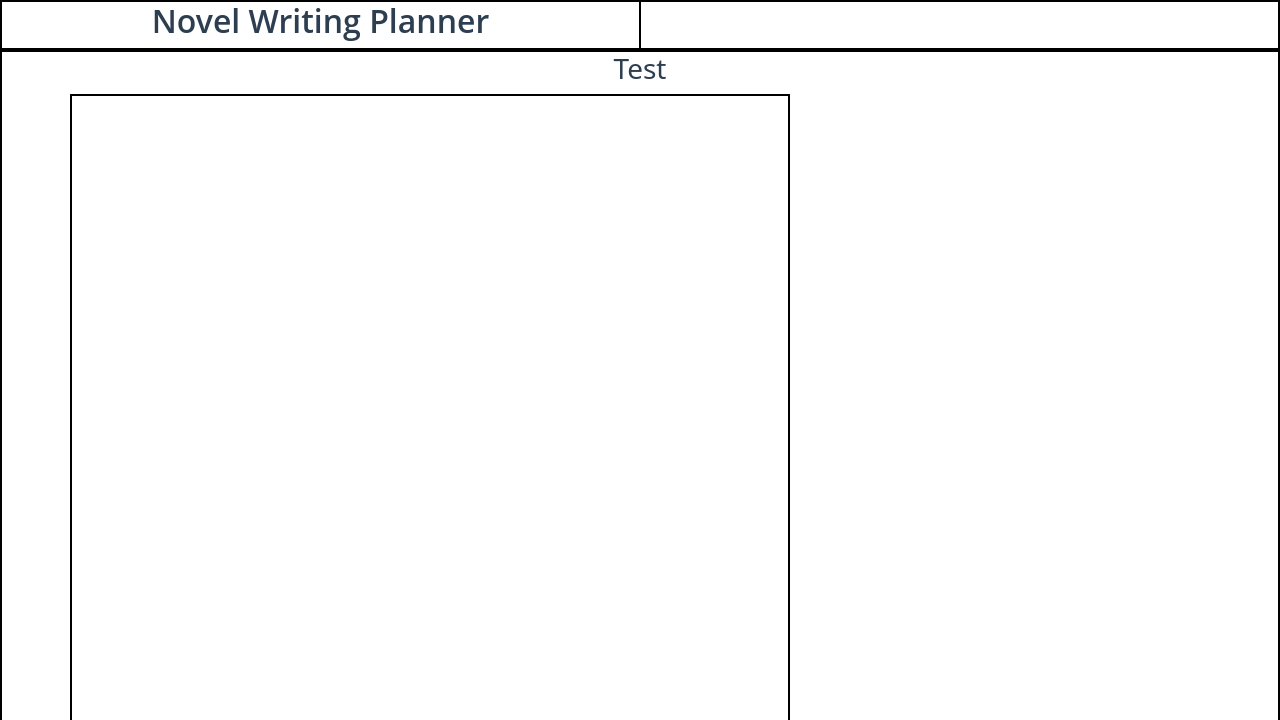
Repository: GossipCoco/RallyeBookV2
Page: /
The author's editor kept a copy of each file at every save. The page is drawn from the files as they stood at one save, then again after the next save.
The browser window is 1280 px wide. The pictures show the whole page.
The page's requests for data from a server got no answer. The project was rebuilt for these pictures with package versions that can differ from the ones it lists, and the page was loaded fresh each time. No one was signed in, and anything a server would have sent is missing. Also part of the build but not shown: vue.config.js, src/api/JwTApi.js, server.js, src/components/PageComponent/Login.vue.

Above is the page before, as saved 2023-12-11 15:37:40.

### src/main.js
import { createApp } from 'vue'
import App from './App.vue'
import Router from './Router/Index'
import axios from 'axios'
import VueAxios from 'vue-axios'
import Vuex from 'vuex'
import store from "./store"
// import io from 'socket.io-client'
import { library } from '@fortawesome/fontawesome-svg-core'
import { faCat, faEnvelope, faGamepad, faHome, faHouseUser, faUser, faUserAlt, faUserCog, faUsers } from '@fortawesome/free-solid-svg-icons'
import { FontAwesomeIcon } from '@fortawesome/fontawesome-free'

import 'bootstrap/dist/css/bootstrap.css'
import './assets/css/Layout.css'
import './assets/css/Card.css'


library.add(faUser, faHouseUser, faGamepad, faUser, faHome, faEnvelope, faUserCog, faCat, faUserAlt, faUsers, faCat)
const app = createApp(App)

app.use(FontAwesomeIcon)
app.use(Vuex)
app.use(store)
app.use(Router)
app.use(VueAxios, axios)
app.mount('#app')

### src/App.vue
<template>
  <div class="container-fluid">
    <div class="row">
      <div class="col-6">
        <h1>Novel Writing Planner</h1>
      </div>
      <div class="col-6"></div>
    </div>
    <div class="row">
      <div class="col-12">
      <router-view></router-view>
      </div>
    </div>
  </div>
</template>

<script>
export default {
  name: "App",
};
</script>

<style>
#app {
  -webkit-font-smoothing: antialiased;
  -moz-osx-font-smoothing: grayscale;
  text-align: center;
  color: #2c3e50;
}
</style>

### src/Router/Index.js
import { createWebHistory, createRouter } from "vue-router";
import Home from '../components/PageComponent/Home.vue'
import Login from '../components/PageComponent/Login.vue'

const routes = [
  {
    path: "/",
    name: "home",
    component: Home,
  },
  {
    path: "/home",
    component: Home,
  },
  {
    path: "/login",
    component: Login,
  },
]

const router = createRouter({
    history: createWebHistory(),
    routes,
  });

  export default router;

### src/store/index.js
import { createStore } from "vuex";
import { auth } from "./auth.module";
export default createStore({
  modules: {
    auth,
  },
  state: {},
  mutations: {},
  actions: {},
});

### src/assets/css/Layout.css
@import './variables.scss';

html,
body {
    height: 100vh;
    overflow-y: hidden;
    overflow-x: hidden;
    scroll-behavior: smooth;
    background-size: cover;
    background-position: 10%;
}
.logo{
    width: 25vh;
}
.login-page{
    overflow: auto;
    height: 55vh;
}
#profile-img{
    width: 20px;
}
h1{
    font-family: var(--opensans-text);
    font-weight: 600;
    font-size: 2rem;
}
.row, .col,
.col-1, .col-2, .col-3, .col-4, .col-5, .col-6, .col-7, .col-8, .col-9, .col-10, .col-11, .col-12{
    border: 1px solid rgba(var(--main-black), 1);
}
main{
    height: 100vh;
    width: 100vh;
}

### src/components/PageComponent/Home.vue
<template>
  <div class="container">
    <header class="jumbotron">
      <h3>Test</h3>
    </header>
    <main class="row">
      <div class="col-12">
        <router-view></router-view>
      </div>
    </main>
  </div>
</template>

  <script>
import UserService from "../../Services/user.service";

export default {
  name: "Home",
  data() {
    return {
      content: "",
      user: "coco",
    };
  },
  mounted() {
    UserService.getPublicContent().then(
      (response) => {
        this.content = response.data;
      },
      (error) => {
        this.content =
          (error.response &&
            error.response.data &&
            error.response.data.message) ||
          error.message ||
          error.toString();
      }
    );
  },
};
</script>

### src/store/auth.module.js
import AuthService from '../Services/auth.service';

const user = JSON.parse(localStorage.getItem('user'));
const initialState = user
  ? { status: { loggedIn: true }, user }
  : { status: { loggedIn: false }, user: null };

export const auth = {
  namespaced: true,
  state: initialState,
  actions: {
    login({ commit }, user) {
      return AuthService.login(user).then(
        user => {
          commit('loginSuccess', user);
          return Promise.resolve(user);
        },
        error => {
          commit('loginFailure');
          return Promise.reject(error);
        }
      );
    },
    logout({ commit }) {
      AuthService.logout();
      commit('logout');
    },
    register({ commit }, user) {
      return AuthService.register(user).then(
        response => {
          commit('registerSuccess');
          return Promise.resolve(response.data);
        },
        error => {
          commit('registerFailure');
          return Promise.reject(error);
        }
      );
    }
  },
  mutations: {
    loginSuccess(state, user) {
      state.status.loggedIn = true;
      state.user = user;
    },
    loginFailure(state) {
      state.status.loggedIn = false;
      state.user = null;
    },
    logout(state) {
      state.status.loggedIn = false;
      state.user = null;
    },
    registerSuccess(state) {
      state.status.loggedIn = false;
    },
    registerFailure(state) {
      state.status.loggedIn = false;
    }
  }
};

### src/assets/css/variables.scss
@import './Roboto.css';
@import './OpenSans.css';
@import './MeriendaMedium.css';
@import './MeriendaRegular.css';

:root{
    --opensans-text: 'Open Sans', sans-serif;
    --roboto-text: 'Roboto', sans-serif;

    --main-white: 255, 255, 255;
    --main-black: 0,0,0;
    --main-grey-background: 249, 251, 253;
    --dark-green-01: 0, 75, 66;
    --dark-green-02: 61, 111, 52;
    --middle-green-01: 3, 152, 134;
    --middle-green-02: 58, 174, 134;
    --clear-green-01: 146, 200, 66;
    --clear-green-02: 89, 207, 187;
}

### src/assets/css/Roboto.css
/* roboto */
@font-face {
    font-family: 'Roboto';
    font-style: normal;
    font-weight: 400;
    src: local('../fonts/Roboto/Roboto-Regular.ttf'),
         url('../fonts/Roboto/Roboto-Regular.ttf') format('ttf'), /* Super Modern Browsers */
  }

### src/assets/css/OpenSans.css
@font-face {
    font-family: 'Open Sans';
    font-style: normal;
    font-weight: 400;
    src: local('../fonts/OpenSans/OpenSans-Regular.ttf'),
         url('../fonts/OpenSans/OpenSans-Regular.ttf') format('ttf'), /* Super Modern Browsers */
  }

### src/assets/css/MeriendaMedium.css
@font-face {
    font-family: 'Open Sans';
    font-style: normal;
    font-weight: 400;
    src: local('../fonts/Merienda/Merienda-Medium.ttf'),
         url('../fonts/Merienda/Merienda-Medium.ttf') format('ttf'), /* Super Modern Browsers */
  }

### src/assets/css/MeriendaRegular.css
@font-face {
    font-family: 'Open Sans';
    font-style: normal;
    font-weight: 400;
    src: local('../fonts/Merienda/Merienda-Regular.ttf'),
         url('../fonts/Merienda/Merienda-Regular.ttf') format('ttf'), /* Super Modern Browsers */
  }

### src/Services/user.service.js
import axios from 'axios';
import authHeader from './auth-header';

const API_URL = 'http://localhost:8080/api/test/';

class UserService {
  getPublicContent() {
    return axios.get(API_URL + 'all');
  }

  getUserBoard() {
    return axios.get(API_URL + 'user', { headers: authHeader() });
  }
}

export default new UserService();

### src/Services/auth.service.js
import axios from 'axios';

const API_URL = 'http://localhost:8080/api/auth/';

class AuthService {
  login(user) {
    return axios
      .post(API_URL + 'signin', {
        username: user.username,
        password: user.password
      })
      .then(response => {
        if (response.data.accessToken) {
          localStorage.setItem('user', JSON.stringify(response.data));
        }

        return response.data;
      });
  }

  logout() {
    localStorage.removeItem('user');
  }

  register(user) {
    return axios.post(API_URL + 'signup', {
      username: user.username,
      email: user.email,
      password: user.password
    });
  }
}

export default new AuthService();

### src/Services/auth-header.js
export default function authHeader() {
    let user = JSON.parse(localStorage.getItem('user'));

    if (user && user.accessToken) {
      return { Authorization: 'GossipCoco ' + user.accessToken };
    } else {
      return {};
    }
  }

Loaded but not shown: public/index.html (common file); src/assets/css/Card.css (common file)

After the next save:
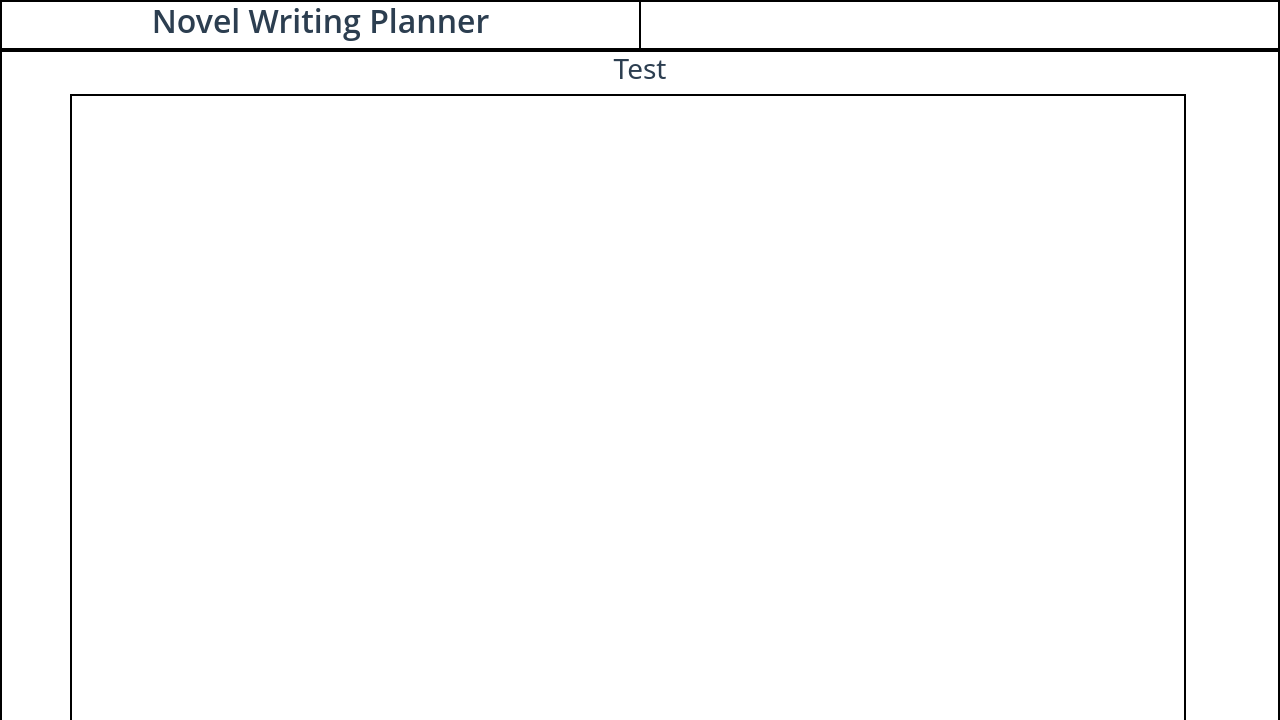
Saved 6 s later.
--- a/src/assets/css/Layout.css
+++ b/src/assets/css/Layout.css
@@ -30,5 +30,5 @@ h1{
 }
 main{
     height: 100vh;
-    width: 100vh;
+    width: 100%;
 }
